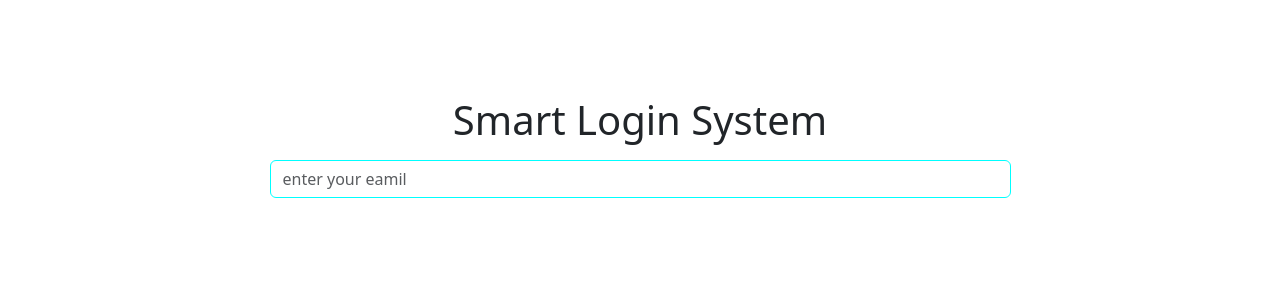
Repository: bodajava/TASK-4
Page: index.html
The author's editor kept a copy of each file at every save. The page is drawn from the files as they stood at one save, then again after the next save.
The browser window is 1280 px wide. The pictures show the whole page.

Above is the page before, as saved 2025-06-16 18:31:28.

After the next save:
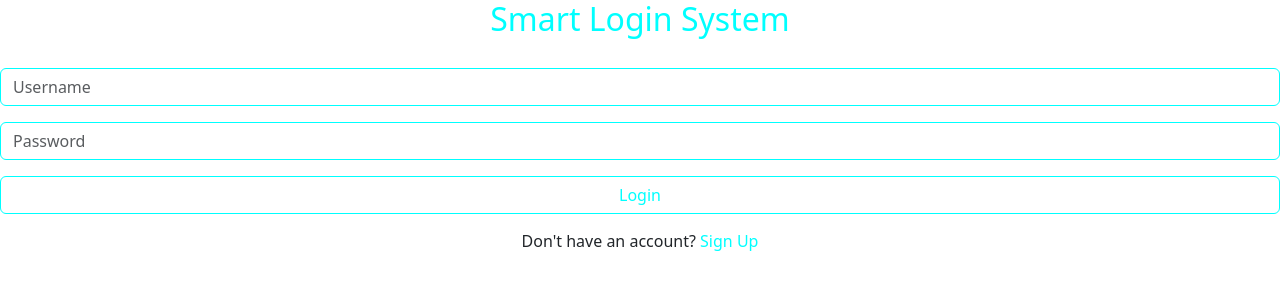
Saved 1 s later.
--- a/index.html
+++ b/index.html
@@ -9,15 +9,31 @@
     <title>Document</title>
   </head>
   <body>
-    <div id="item" class="container my-5 text-center">
-      <div id="" class="m-auto w-75 p-5">
-        <h1>Smart Login System</h1>
-        <input
-          type="text"
-          class="form-control my-3"
-          placeholder="enter your eamil"
-          id="signinEmail"
-        />
+    <div class="login-box">
+      <h2>Smart Login System</h2>
+      <form>
+        <div class="mb-3">
+          <input
+            type="text"
+            class="form-control"
+            placeholder="Username"
+            required
+          />
+        </div>
+        <div class="mb-3">
+          <input
+            type="password"
+            class="form-control"
+            placeholder="Password"
+            required
+          />
+        </div>
+        <div class="d-grid">
+          <button type="submit" class="btn btn-custom">Login</button>
+        </div>
+      </form>
+      <div class="signup-link">
+        <p>Don't have an account? <a href="#">Sign Up</a></p>
       </div>
     </div>
 

After the save that followed:
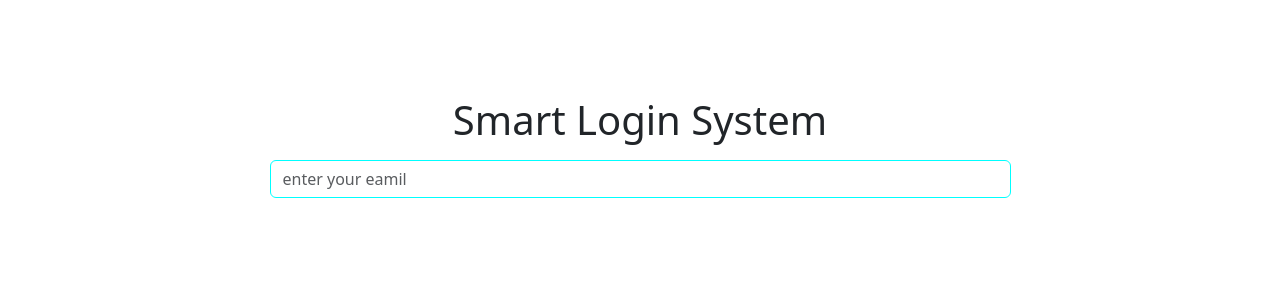
Saved 31 s later.
--- a/index.html
+++ b/index.html
@@ -9,31 +9,15 @@
     <title>Document</title>
   </head>
   <body>
-    <div class="login-box">
-      <h2>Smart Login System</h2>
-      <form>
-        <div class="mb-3">
-          <input
-            type="text"
-            class="form-control"
-            placeholder="Username"
-            required
-          />
-        </div>
-        <div class="mb-3">
-          <input
-            type="password"
-            class="form-control"
-            placeholder="Password"
-            required
-          />
-        </div>
-        <div class="d-grid">
-          <button type="submit" class="btn btn-custom">Login</button>
-        </div>
-      </form>
-      <div class="signup-link">
-        <p>Don't have an account? <a href="#">Sign Up</a></p>
+    <div id="item" class="container my-5 text-center">
+      <div id="" class="m-auto w-75 p-5">
+        <h1>Smart Login System</h1>
+        <input
+          type="text"
+          class="form-control my-3"
+          placeholder="enter your eamil"
+          id="signinEmail"
+        />
       </div>
     </div>
 
